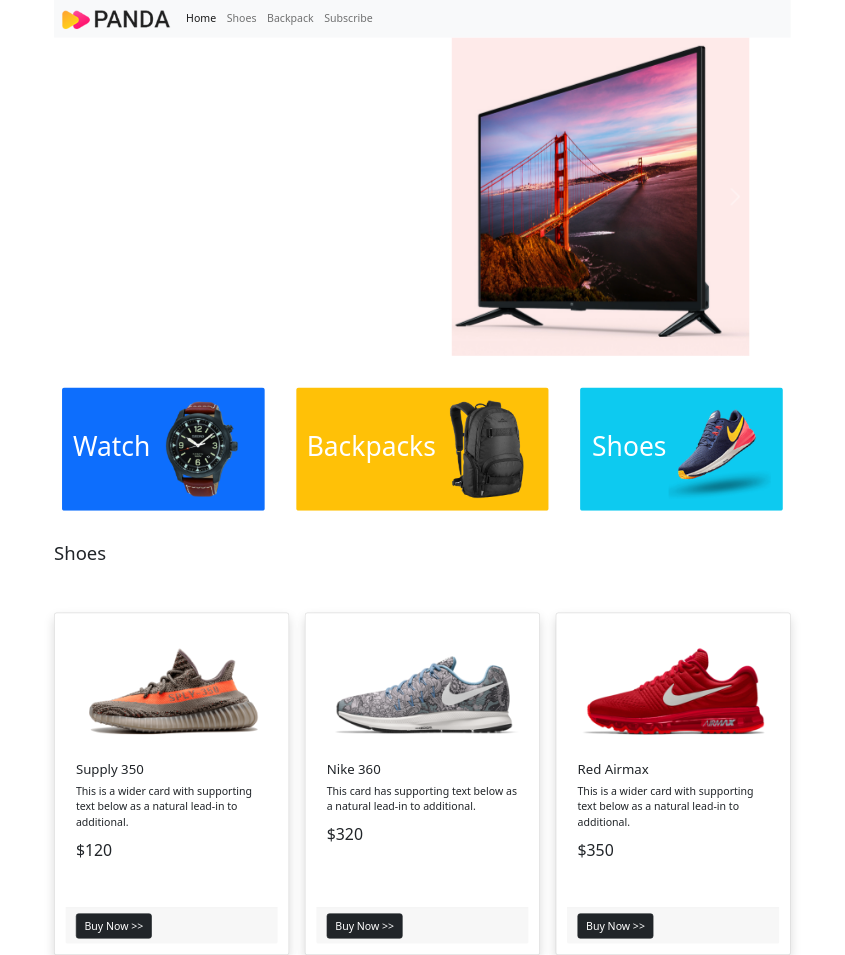
Repository: omarhasnain/panda-commerce-bootstrap
Page: index.html
The author's editor kept a copy of each file at every save. The page is drawn from the files as they stood at one save, then again after the next save.
The browser window is 1280 px wide. The pictures show the whole page, at 66% of full size.

Above is the page before, as saved 2021-01-14 17:11:07.

### index.html
<!DOCTYPE html>
<html lang="en">
<head>
    <meta charset="UTF-8">
    <meta name="viewport" content="width=device-width, initial-scale=1.0">
    <title>Panda Commerce</title>
    <link href="https://cdn.jsdelivr.net/npm/bootstrap@5.0.0-beta1/dist/css/bootstrap.min.css" rel="stylesheet" integrity="sha384-giJF6kkoqNQ00vy+HMDP7azOuL0xtbfIcaT9wjKHr8RbDVddVHyTfAAsrekwKmP1" crossorigin="anonymous">
</head>
<body>
    <header class="container">
        <nav class="navbar navbar-expand-lg navbar-light bg-light">
            <div class="container-fluid">
              <a class="navbar-brand" href="#"><img src="images/logo.png" alt=""></a>
              <button class="navbar-toggler" type="button" data-bs-toggle="collapse" data-bs-target="#navbarNavAltMarkup" aria-controls="navbarNavAltMarkup" aria-expanded="false" aria-label="Toggle navigation">
                <span class="navbar-toggler-icon"></span>
              </button>
              <div class="collapse navbar-collapse" id="navbarNavAltMarkup">
                <div class="navbar-nav">
                  <a class="nav-link active" aria-current="page" href="#">Home</a>
                  <a class="nav-link" href="#">Shoes</a>
                  <a class="nav-link" href="#">Backpack</a>
                  <a class="nav-link" href="#" tabindex="-1" >Subscribe</a>
                </div>
              </div>
            </div>
          </nav>

        <section>
            <div id="carouselExampleControls" class="carousel slide" data-bs-ride="carousel">
                <div class="carousel-inner">
                  <div class="carousel-item active">
                   <div class="row">
                       <div class="col-md-7">

                       </div>
                       <div class="col-md-5">
                        <img src="images/banner-images/tv.png" class="d-block w-100" alt="...">
                       </div>
                   </div>
                  </div>
                  <div class="carousel-item">
                    <div class="row">
                        <div class="col-md-7">

                        </div>
                        <div class="col-md-5">
                            <img src="images/banner-images/headphone.png" class="d-block w-100" alt="...">
                        </div>
                    </div>
                  </div>
                  <div class="carousel-item">
                   <div class="row">
                       <div class="col-md-7">

                       </div>
                       <div class="col-md-5">
                        <img src="images/banner-images/xbox.png" class="d-block w-100" alt="...">
                       </div>
                   </div>
                  </div>
                </div>
                <a class="carousel-control-prev" href="#carouselExampleControls" role="button" data-bs-slide="prev">
                  <span class="carousel-control-prev-icon" aria-hidden="true"></span>
                  <span class="visually-hidden">Previous</span>
                </a>
                <a class="carousel-control-next" href="#carouselExampleControls" role="button" data-bs-slide="next">
                  <span class="carousel-control-next-icon" aria-hidden="true"></span>
                  <span class="visually-hidden">Next</span>
                </a>
              </div>
        </section>


    </header>
    <main class="container">
        <section class="container overflow-hidden mt-5">
            <div class="row gx-5">
              <div class="col">
               <div class="p-3 rounded bg-primary d-flex align-items-center justify-content-around">
                   <h1 class="text-white">Watch</h1>
                   <img src="images/categories/watch.png" alt="">
               </div>
              </div>
              <div class="col">
                <div class="p-3 rounded bg-warning d-flex align-items-center justify-content-around">
                    <h1 class="text-white">Backpacks</h1>
                    <img src="images/categories/bag.png" alt="">
                </div>
               </div>
               <div class="col">
                <div class="p-3 rounded bg-info d-flex align-items-center justify-content-around">
                    <h1 class="text-white">Shoes</h1>
                    <img src="images/categories/shoes.png" alt="">
                </div>
               </div>

            </div>
        </section>

        <section class="mt-5">
            <h3>Shoes</h3>
            <div class="row row-cols-1 row-cols-md-3 g-4 mt-5">
                <div class="col">
                  <div class="card h-100 shadow p-3 mb-5 bg-white rounded">
                    <img src="images/shoes/shoe-1.png" class="card-img-top" alt="...">
                    <div class="card-body ">
                      <h5 class="card-title">Supply 350</h5>
                      <p class="card-text">This is a wider card with supporting text below as a natural lead-in to additional.
                    </p>
                    <h4>$120</h4>
                    </div>

                    <div class="card-footer">
                    <button class="text-white btn btn-dark">Buy Now >></button>
                    </div>
                  </div>
                </div>
                <div class="col">
                  <div class="card h-100 shadow p-3 mb-5 bg-white rounded">
                    <img src="images/shoes/shoe-2.png" class="card-img-top" alt="...">
                    <div class="card-body">
                      <h5 class="card-title">Nike 360</h5>
                      <p class="card-text">This card has supporting text below as a natural lead-in to additional.</p>
                      <h4>$320</h4>
                    </div>
                    <div class="card-footer">
                        <button class="text-white btn btn-dark">Buy Now >></button>
                    </div>
                  </div>
                </div>
                <div class="col">
                  <div class="card h-100 shadow p-3 mb-5 bg-white rounded">
                    <img src="images/shoes/shoe-3.png" class="card-img-top" alt="...">
                    <div class="card-body">
                      <h5 class="card-title">Red Airmax</h5>
                      <p class="card-text">This is a wider card with supporting text below as a natural lead-in to additional.</p>
                      <h4>$350</h4>
                    </div>
                    <div class="card-footer">
                        <button class="text-white btn btn-dark">Buy Now >></button>
                    </div>
                  </div>
                </div>
            </div>


        </section>

    </main>














    <script src="https://cdn.jsdelivr.net/npm/bootstrap@5.0.0-beta1/dist/js/bootstrap.bundle.min.js" integrity="sha384-ygbV9kiqUc6oa4msXn9868pTtWMgiQaeYH7/t7LECLbyPA2x65Kgf80OJFdroafW" crossorigin="anonymous"></script>
</body>
</html>

After the next save:
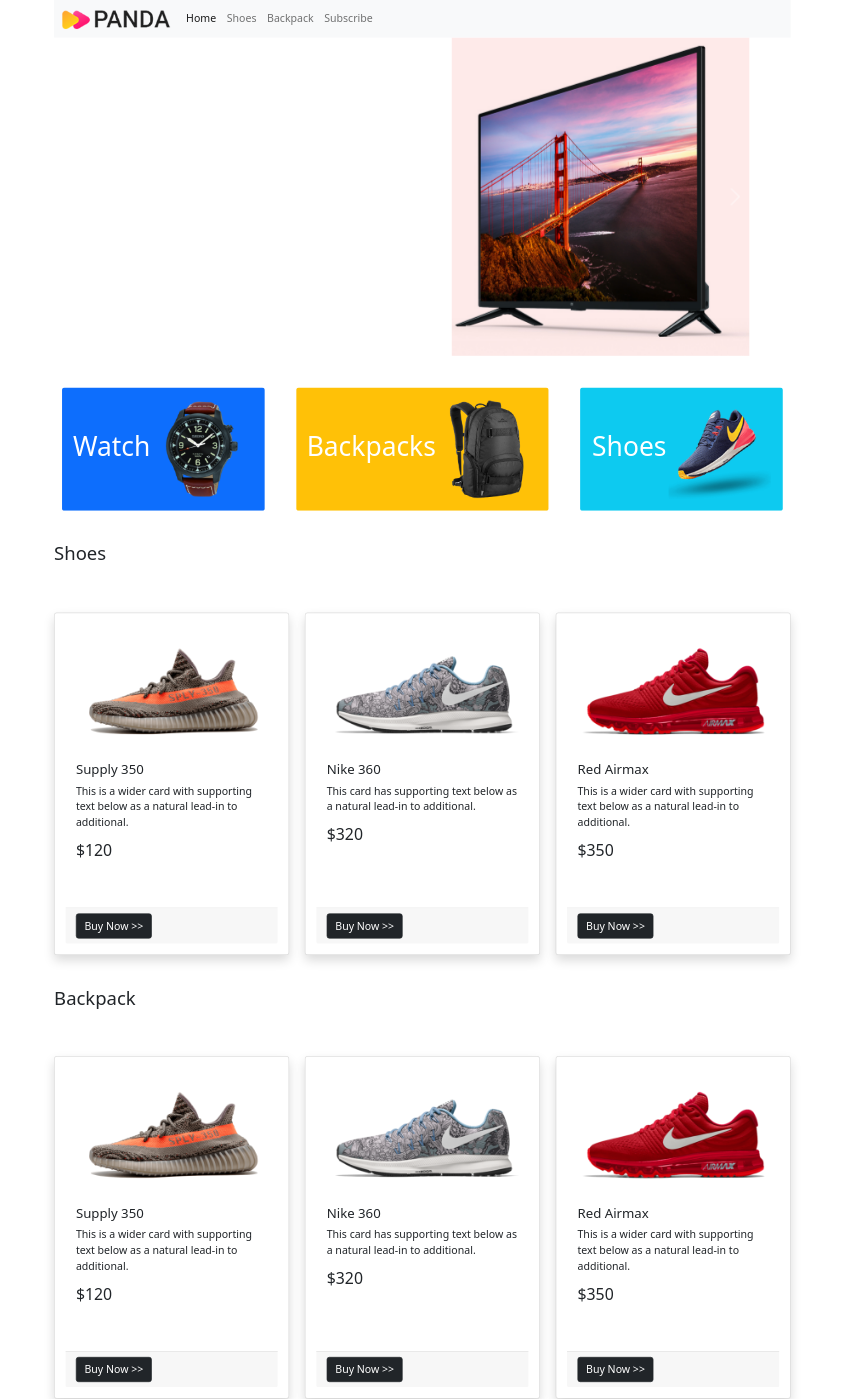
Saved 76 s later.
--- a/index.html
+++ b/index.html
@@ -146,6 +146,55 @@
 
         </section>
 
+        <section class="mt-5">
+            <h3>Backpack</h3>
+            <div class="row row-cols-1 row-cols-md-3 g-4 mt-5">
+                <div class="col">
+                  <div class="card h-100 shadow p-3 mb-5 bg-white rounded">
+                    <img src="images/shoes/shoe-1.png" class="card-img-top" alt="...">
+                    <div class="card-body ">
+                      <h5 class="card-title">Supply 350</h5>
+                      <p class="card-text">This is a wider card with supporting text below as a natural lead-in to additional.
+                    </p>
+                    <h4>$120</h4>
+                    </div>
+
+                    <div class="card-footer">
+                    <button class="text-white btn btn-dark">Buy Now >></button>
+                    </div>
+                  </div>
+                </div>
+                <div class="col">
+                  <div class="card h-100 shadow p-3 mb-5 bg-white rounded">
+                    <img src="images/shoes/shoe-2.png" class="card-img-top" alt="...">
+                    <div class="card-body">
+                      <h5 class="card-title">Nike 360</h5>
+                      <p class="card-text">This card has supporting text below as a natural lead-in to additional.</p>
+                      <h4>$320</h4>
+                    </div>
+                    <div class="card-footer">
+                        <button class="text-white btn btn-dark">Buy Now >></button>
+                    </div>
+                  </div>
+                </div>
+                <div class="col">
+                  <div class="card h-100 shadow p-3 mb-5 bg-white rounded">
+                    <img src="images/shoes/shoe-3.png" class="card-img-top" alt="...">
+                    <div class="card-body">
+                      <h5 class="card-title">Red Airmax</h5>
+                      <p class="card-text">This is a wider card with supporting text below as a natural lead-in to additional.</p>
+                      <h4>$350</h4>
+                    </div>
+                    <div class="card-footer">
+                        <button class="text-white btn btn-dark">Buy Now >></button>
+                    </div>
+                  </div>
+                </div>
+            </div>
+
+
+        </section>
+
     </main>
 
 
